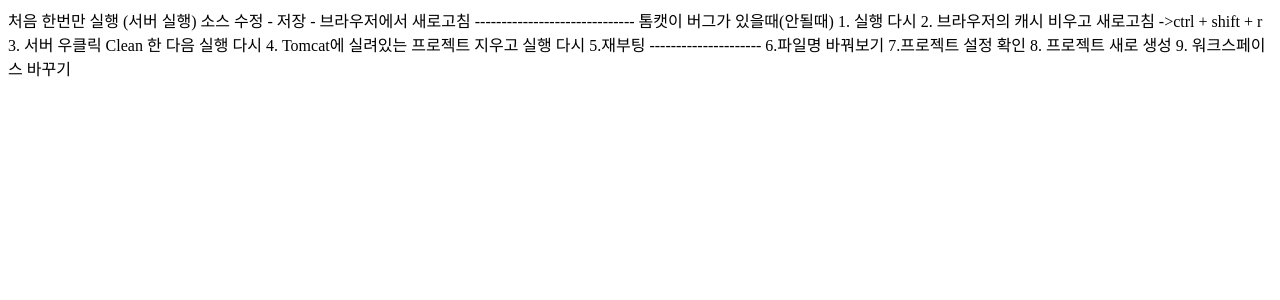
Repository: AiharaAkira/jsp
Page: WebWorkSpace/01_Servlet/src/main/webapp/NewFile.html
An editor plug-in stored every save of this project. The page is shown before and after the next save, followed by the edit.
The browser window is 1280 px wide. The pictures show the whole page.

Above is the page before, as saved 2021-11-03 04:25:25.

After the next save:
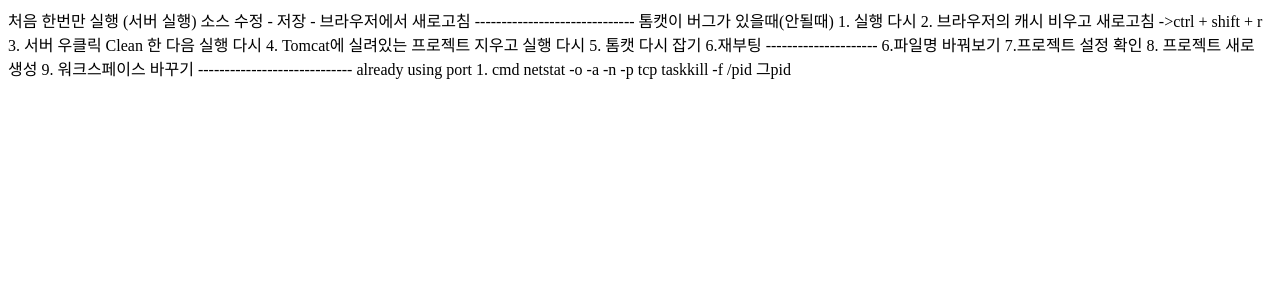
Saved 8 min 56 s later.
--- a/WebWorkSpace/01_Servlet/src/main/webapp/NewFile.html
+++ b/WebWorkSpace/01_Servlet/src/main/webapp/NewFile.html
@@ -13,12 +13,20 @@
 	2. 브라우저의 캐시 비우고 새로고침 ->ctrl + shift + r
 	3. 서버 우클릭 Clean 한 다음 실행 다시
 	4. Tomcat에 실려있는 프로젝트 지우고 실행 다시
-	5.재부팅
+	5. 톰캣 다시 잡기
+	6.재부팅
 	---------------------
 	6.파일명 바꿔보기
 	7.프로젝트 설정 확인
 	8. 프로젝트 새로 생성
 	9. 워크스페이스 바꾸기
+	-----------------------------
+	already using port
+
+	1.
+	cmd
+	netstat -o -a -n -p tcp
+	taskkill -f /pid 그pid
 
 </body>
 </html>
